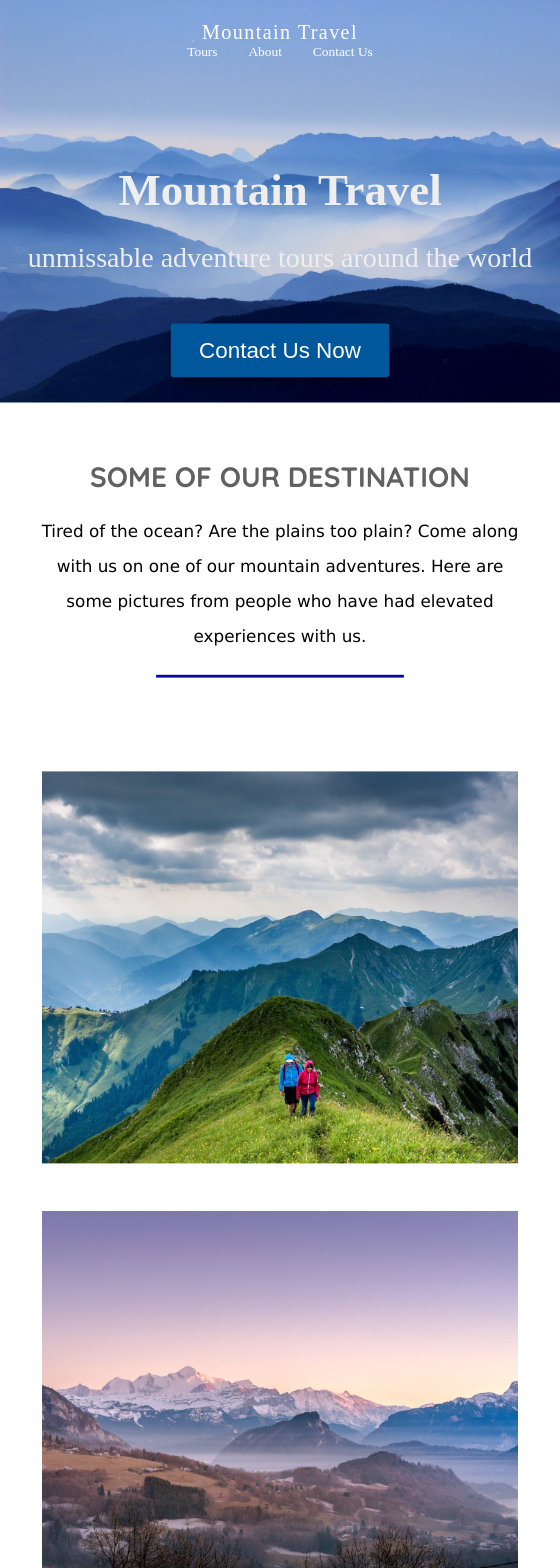
Repository: Einsteiniumeinsteinian/Advanced-CSS
Page: css-project-starter-code/index.html
An editor plug-in stored every save of this project. The page is shown before and after a run of saves, followed by the edit.
The browser window is 768 px wide. The page is 800 px wide, so the pictures cover 800 px, including what lies to the right of the window. The pictures show the part of the page from y = 0 to 2240 px (the page is 9086 px tall before and 9153 px after), at 70% of full size.
Some web libraries are served in a nearby version.

Above is the page before, as saved 2021-09-02 14:20:23.

After the next 5 saves:
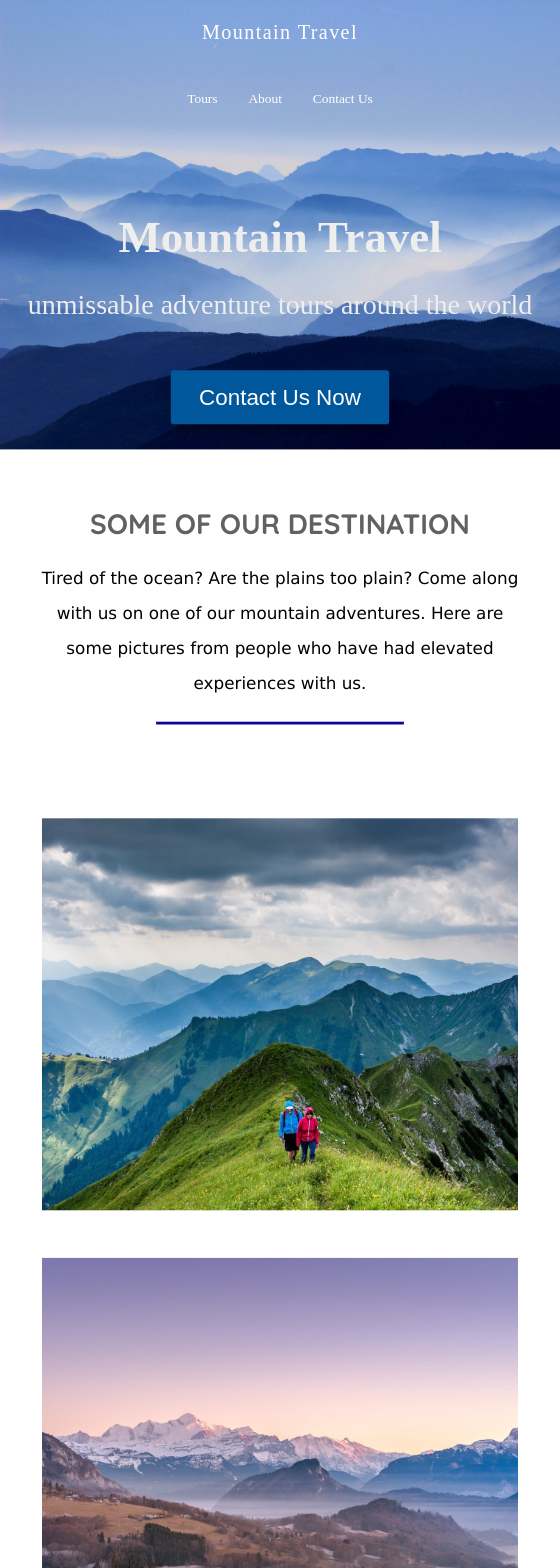
The 5 saves are shown as one change because they came seconds apart.
The last was saved 19 s later.
--- a/css-project-starter-code/assets/css/styles.css
+++ b/css-project-starter-code/assets/css/styles.css
@@ -56,7 +56,7 @@ nav > a{
     }
 
     nav > a{
-
+        flex-basis: 100px;
     }
 
 }
